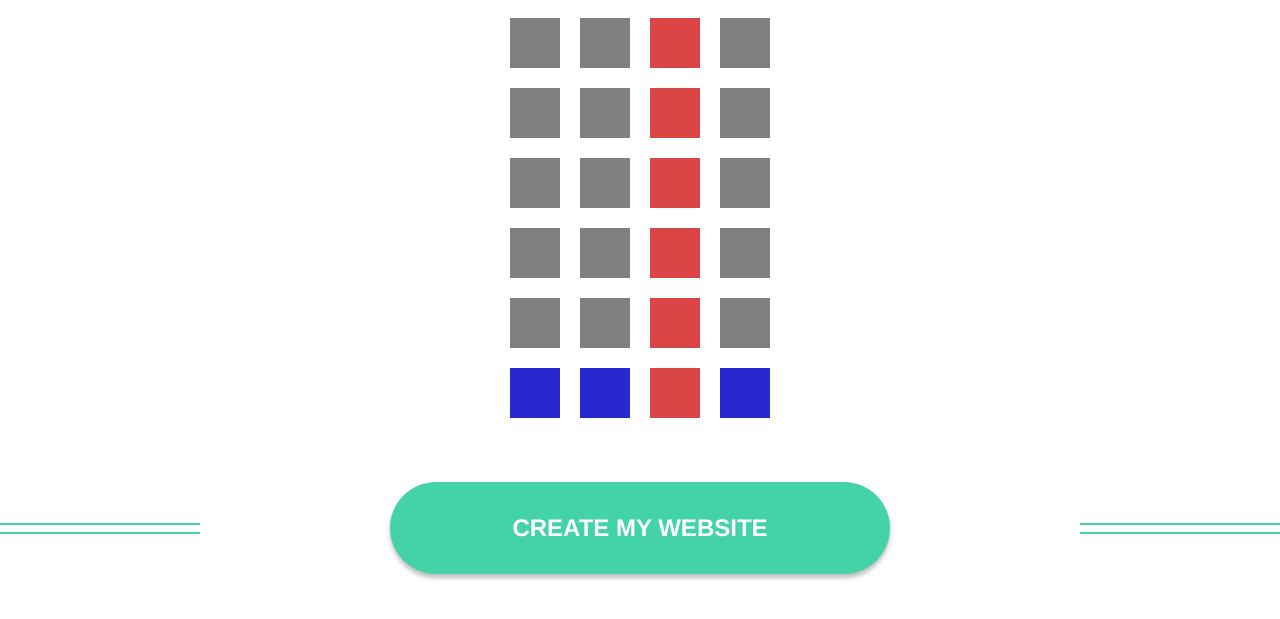
Repository: batonAnton/Hw-Lec-8
Page: index.html
The author's editor kept a copy of each file at every save. The page is drawn from the files as they stood at one save, then again after the next save.
The browser window is 1280 px wide. The pictures show the whole page.

Above is the page before, as saved 2022-06-24 12:29:29.

### index.html
<!DOCTYPE html>
<html lang="en">
<head>
    <meta charset="UTF-8">
    <meta http-equiv="X-UA-Compatible" content="IE=edge">
    <meta name="viewport" content="width=device-width, initial-scale=1.0">
    <link rel="stylesheet" href="./css/style.css">
    <title>PseudoClass</title>
</head>
<body>
    <div class="allblock">
        <div class="row">
            <div class="block"></div>
            <div class="block"></div>
            <div class="block"></div>
            <div class="block"></div>
        </div>

        <div class="row">
            <div class="block"></div>
            <div class="block"></div>
            <div class="block"></div>
            <div class="block"></div>
        </div>

        <div class="row">
            <div class="block"></div>
            <div class="block"></div>
            <div class="block"></div>
            <div class="block"></div>
        </div>

        <div class="row">
            <div class="block"></div>
            <div class="block"></div>
            <div class="block"></div>
            <div class="block"></div>
        </div>

        <div class="row">
            <div class="block"></div>
            <div class="block"></div>
            <div class="block"></div>
            <div class="block"></div>
        </div>

        <div class="row row-last">
            <div class="block"></div>
            <div class="block"></div>
            <div class="block"></div>
            <div class="block"></div>
        </div>

    </div>

    <div class="section">

        <button>CREATE MY WEBSITE</button>
    </div>
</body>
</html>

### css/style.css
*{
    width: 100%;
    margin-left: auto;
    margin-right: auto;
}

.row{
    display: flex;
    justify-content: center;

}

.block{
    width: 50px;
    height: 50px;
    background-color: gray;
    margin: 10px;
}

 .block:nth-child(3){
    background-color: rgb(218, 69, 69);
}

.row-last .block:nth-child(1), .row-last .block:nth-child(2), .row-last .block:nth-child(4){
    background-color: rgb(40, 40, 207);
}


button{
margin-top: 100px ;
margin-bottom: 100px ;
width: 500px;
height: 92px;
font-family: 'Helvetica';
font-style: normal;
font-weight: 700;
font-size: 24px;
line-height: 28px;
display: flex;
justify-content: center;
align-items: center;
text-align: center;
background-color: #44D3A8;
box-shadow: 0px 4px 4px rgba(0, 0, 0, 0.25);
border-radius: 100px;
color: #FFFFFF;
border: none;
}


.section{
    width: 100%;
    height: 200px;
    display: flex;
    align-items: center;
    justify-content: center;
}
.section::before{
    content: " ";
    width: 200px;
    height: 2px;
    padding-top: 5px;
    border-top: 2px solid #44D3A8;
    border-bottom: 2px solid #44D3A8;

}

.section::after{
    content: " ";
    width: 200px;
    height: 2px;
    padding-top: 5px;
    margin-right: 0;
    border-top: 2px solid #44D3A8;
    border-bottom: 2px solid #44D3A8;



}

After the next save:
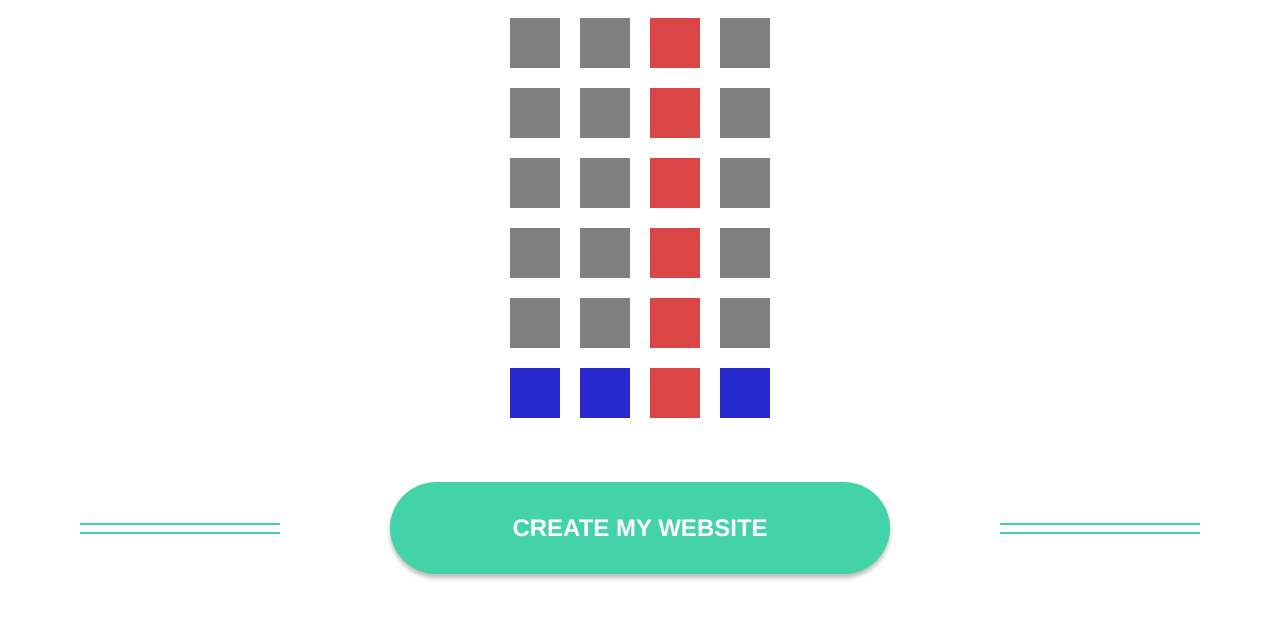
Saved 5 min 14 s later.
--- a/css/style.css
+++ b/css/style.css
@@ -1,79 +1,80 @@
-*{
-    width: 100%;
-    margin-left: auto;
-    margin-right: auto;
+* {
+  width: 100%;
+  margin-left: auto;
+  margin-right: auto;
 }
 
-.row{
-    display: flex;
-    justify-content: center;
-
+.row {
+  display: flex;
+  justify-content: center;
 }
 
-.block{
-    width: 50px;
-    height: 50px;
-    background-color: gray;
-    margin: 10px;
+.block {
+  width: 50px;
+  height: 50px;
+  background-color: gray;
+  margin: 10px;
 }
 
- .block:nth-child(3){
-    background-color: rgb(218, 69, 69);
+.block:nth-child(3) {
+  background-color: rgb(218, 69, 69);
 }
 
-.row-last .block:nth-child(1), .row-last .block:nth-child(2), .row-last .block:nth-child(4){
-    background-color: rgb(40, 40, 207);
+.row-last .block:nth-child(1),
+.row-last .block:nth-child(2),
+.row-last .block:nth-child(4) {
+  background-color: rgb(40, 40, 207);
 }
 
-
-button{
-margin-top: 100px ;
-margin-bottom: 100px ;
-width: 500px;
-height: 92px;
-font-family: 'Helvetica';
-font-style: normal;
-font-weight: 700;
-font-size: 24px;
-line-height: 28px;
-display: flex;
-justify-content: center;
-align-items: center;
-text-align: center;
-background-color: #44D3A8;
-box-shadow: 0px 4px 4px rgba(0, 0, 0, 0.25);
-border-radius: 100px;
-color: #FFFFFF;
-border: none;
+button {
+  margin-top: 100px;
+  margin-bottom: 100px;
+  width: 500px;
+  height: 92px;
+  font-family: "Helvetica";
+  font-style: normal;
+  font-weight: 700;
+  font-size: 24px;
+  line-height: 28px;
+  display: flex;
+  justify-content: center;
+  align-items: center;
+  text-align: center;
+  background-color: #44d3a8;
+  box-shadow: 0px 4px 4px rgba(0, 0, 0, 0.25);
+  border-radius: 100px;
+  transition: all 1s;
+  color: #ffffff;
+  border: none;
 }
 
-
-.section{
-    width: 100%;
-    height: 200px;
-    display: flex;
-    align-items: center;
-    justify-content: center;
+.section {
+  /* width: 100%; */
+  height: 200px;
+  display: flex;
+  align-items: center;
+  justify-content: center;
 }
-.section::before{
-    content: " ";
-    width: 200px;
-    height: 2px;
-    padding-top: 5px;
-    border-top: 2px solid #44D3A8;
-    border-bottom: 2px solid #44D3A8;
-
+.section::before {
+  content: " ";
+  width: 200px;
+  height: 2px;
+  padding-top: 5px;
+  margin-left: 80px;
+  border-top: 2px solid #44d3a8;
+  border-bottom: 2px solid #44d3a8;
 }
 
-.section::after{
-    content: " ";
-    width: 200px;
-    height: 2px;
-    padding-top: 5px;
-    margin-right: 0;
-    border-top: 2px solid #44D3A8;
-    border-bottom: 2px solid #44D3A8;
+.section::after {
+  content: " ";
+  width: 200px;
+  height: 2px;
+  margin-right: 80px;
+  padding-top: 5px;
+  border-top: 2px solid #44d3a8;
+  border-bottom: 2px solid #44d3a8;
+}
 
-
-
+button:hover {
+  background-color: #768681;
 }
